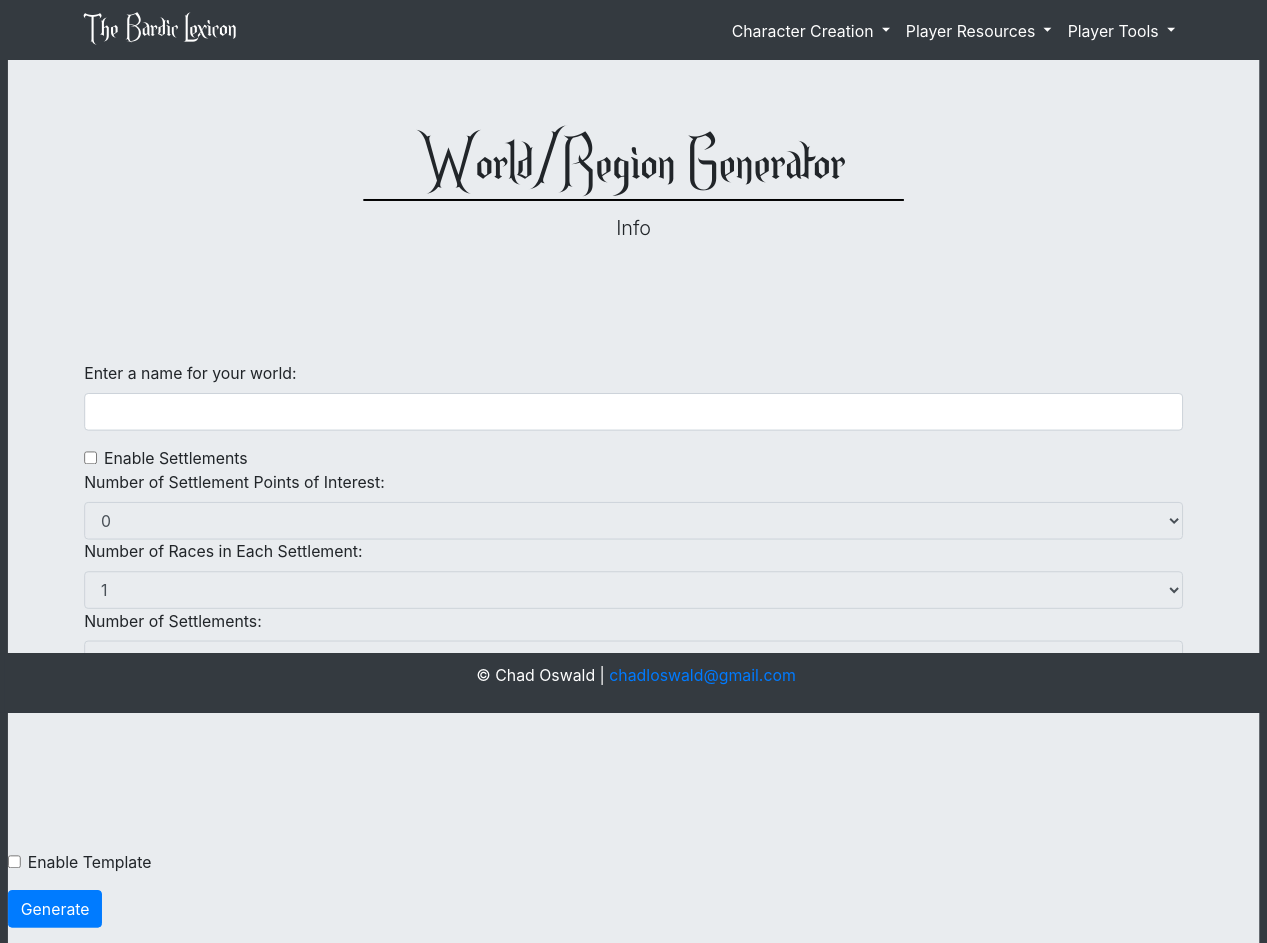
Repository: ChaidGPT/TheBardicLexicon
Page: playerTools/worldGenerator.html
These files come from the project's save history. The page is drawn as it stood at one moment and after the next save; the edit follows.
The browser window is 1280 px wide. The pictures show the whole page, at 99% of full size.

Above is the page before, as saved 2024-02-05 11:13:02.

### playerTools/worldGenerator.html
<!DOCTYPE html>
<html lang="en">

<head>
  <meta charset="utf-8" />
  <meta name="viewport" content="width=device-width, initial-scale=1" />
  <title>World Generator</title>
  <link rel="stylesheet" href="https://cdn.jsdelivr.net/npm/bootstrap@4.3.1/dist/css/bootstrap.min.css"
    integrity="sha384-ggOyR0iXCbMQv3Xipma34MD+dH/1fQ784/j6cY/iJTQUOhcWr7x9JvoRxT2MZw1T" crossorigin="anonymous" />
  <link rel="stylesheet" href="../style.css" />
</head>

<body>
  <header class="header-top">
    <nav class="navbar navbar-expand-lg fixed-top">
      <div class="container">
        <a class="navbar-brand navMonsterName" href="../index.html">The Bardic Lexicon</a>
        <button class="navbar-toggler navbar-dark" type="button" data-toggle="collapse" data-target="#navbarNavDropdown"
          aria-controls="navbarNavDropdown" aria-expanded="false" aria-label="Toggle navigation">
          <span class="navbar-toggler-icon"></span>
        </button>
        <div class="collapse navbar-collapse" id="navbarNavDropdown">
          <ul class="navbar-nav ml-auto nav justify-content-end">
            <li class="nav-item dropdown">
              <a class="nav-link dropdown-toggle" href="#" id="navbarCharacter" role="button" data-toggle="dropdown"
                aria-haspopup="true" aria-expanded="false">
                Character Creation
              </a>
              <div class="dropdown-menu" aria-labelledby="navbarCharacter">
                <a class="dropdown-item" href="../playerResources/races.html">Races</a>
                <a class="dropdown-item" href="../playerResources/classes.html">Classes</a>
                <a class="dropdown-item" href="../playerResources/personality.html">Personality & Inspiration</a>
                <a class="dropdown-item" href="../playerResources/background.html">Character Backgrounds</a>
              </div>
            </li>
            <li class="nav-item dropdown">
              <a class="nav-link dropdown-toggle" href="#" id="navbarResources" role="button" data-toggle="dropdown"
                aria-haspopup="true" aria-expanded="false">
                Player Resources
              </a>
              <div class="dropdown-menu" aria-labelledby="navbarResources">
                <h6 class="dropdown-header">Items</h6>
                <a class="dropdown-item" href="../playerResources/gear.html">Adventuring Gear</a>
                <a class="dropdown-item" href="../playerResources/equipment.html">Equipment</a>
                <div class="dropdown-divider"></div>
                <h6 class="dropdown-header">Magic</h6>
                <a class="dropdown-item" href="../playerResources/spells.html">Spells</a>
                <div class="dropdown-divider"></div>
                <h6 class="dropdown-header">Inhabitants of the Realms</h6>
                <a class="dropdown-item" href="../playerResources/bestiary.html">Bestiary</a>
                <a class="dropdown-item" href="../playerResources/gods.html">Gods & Deities</a>
              </div>
            </li>
            <li class="nav-item dropdown">
              <a class="nav-link dropdown-toggle" href="#" id="navbarDropdown" role="button" data-toggle="dropdown"
                aria-haspopup="true" aria-expanded="false">
                Player Tools
              </a>
              <div class="dropdown-menu" aria-labelledby="navbarDropdown">
                <a class="dropdown-item" href="../playerTools/charSheet.html">Character Sheet</a>
                <a class="dropdown-item" href="../playerTools/dice.html">Dice Roll Generator</a>
                <div class="dropdown-divider"></div>
                <a class="dropdown-item" href="#">More</a>
              </div>
            </li>
          </ul>
        </div>
      </div>
    </nav>
  </header>

  <div class="container" id="monsterPage">
    <div class="container-fluid px-4 py-5 my-5 text-center">
      <h1 class="display-5 fw-bold contentsPageName">
        World/Region Generator
      </h1>
      <div>
        <div class="horizontal-line"></div>
        <p class="lead mb-4">Info</p>
      </div>
    </div>

    <div class="container mt-5 text-left">

      <!-- Start World Generator Form -->

      <form id="worldForm" class="mb-4">

        <!-- Start World Name Field -->
        <div class="form-group">
          <label for="worldName">Enter a name for your world:</label>
          <input type="text" class="form-control" id="worldName" autocomplete="off" required />
        </div>
        <!-- End World Name Field -->


        <!-- Start Settlement Options -->
<div class="form-group">
    <div class="form-check">
        <input
            class="form-check-input"
            type="checkbox"
            id="enableSettlements"
            data-toggle="collapse"
            data-target="#settlementOptions"
        />
        <label class="form-check-label" for="enableSettlements"
            >Enable Settlements</label
        >
    </div>

    <!-- New dropdown for settlement POI -->
    <label for="settlementPOI"
        >Number of Settlement Points of Interest:</label
    >
    <select class="form-control" id="settlementPOI" disabled>
        <option value="0">0</option>
        <option value="1">1</option>
        <option value="2">2</option>
        <option value="3">3</option>
        <option value="4">4</option>
        <option value="5">5</option>
        <option value="random">Random</option> <!-- Add the "Random" option -->
        <!-- Add more options as needed -->
    </select>

    <!-- New dropdown for races -->
    <label for="settlementRaces">Number of Races in Each Settlement:</label>
    <select class="form-control" id="settlementRaces" disabled>
        <option value="1">1</option>
        <option value="2">2</option>
        <option value="3">3</option>
        <option value="4">4</option>
        <option value="5">5</option>
        <option value="random">Random</option> <!-- Add the "Random" option -->
        <!-- Add more options as needed -->
    </select>

    <label for="settlements">Number of Settlements:</label>
    <select class="form-control" id="settlements" disabled>
        <option value="0">0</option>
        <option value="1">1</option>
        <option value="2">2</option>
        <option value="3">3</option>
        <option value="4">4</option>
        <option value="5">5</option>
        <option value="random">Random</option> <!-- Add the "Random" option -->
        <!-- Add more options as needed -->
    </select>
</div>


            </div>
          </div>

        </div>
        <!-- End Settlement Options -->




        <!-- Start Template Options -->
        <div class="form-group">
          <div class="form-check">
            <input class="form-check-input" type="checkbox" id="enableTemplate" data-toggle="collapse"
              data-target="#templateOptions" />
            <label class="form-check-label" for="enableTemplate">Enable Template</label>
          </div>

          <div id="templateOptions" class="collapse">

            <div class="template-options-container">

              <label for="template">Number of Templates:</label>
              <select class="form-control" id="template" disabled>
                <option value="0">0</option>
                <option value="1">1</option>
                <option value="2">2</option>
                <option value="3">3</option>
                <option value="4">4</option>
                <option value="5">5</option>
                <!-- Add more options as needed -->
              </select>
            </div>

            <!-- Number of Points of Interest -->
            <div class="form-group">
              <label for="templatePOI">Number of Template Points of Interest:</label>
              <select class="form-control" id="templatePOI" disabled>
                <option value="0">0</option>
                <option value="1">1</option>
                <option value="2">2</option>
                <option value="3">3</option>
                <option value="4">4</option>
                <option value="5">5</option>
                <!-- Add more options as needed -->
              </select>
            </div>

          </div>
        </div>
        <!-- End Template Options -->

        <!-- Submit Button -->
        <button type="submit" class="btn btn-primary">Generate</button>
      </form>

      <!-- End World Generator Form -->

      <div id="generatedContent"></div>

      <div class="text-center mt-3">
        <button type="button" class="btn btn-secondary" id="printButton">
          Print
        </button>
      </div>
    </div>
  </div>

  <footer class="page-footer font-small blue fixed-bottom">
    <p>
      &copy; Chad Oswald |
      <a href="mailto:chadloswald@gmail.com">chadloswald@gmail.com</a>
    </p>
  </footer>

  <script src="https://code.jquery.com/jquery-3.3.1.slim.min.js"
    integrity="sha384-q8i/X+965DzO0rT7abK41JStQIAqVgRVzpbzo5smXKp4YfRvH+8abtTE1Pi6jizo"
    crossorigin="anonymous"></script>
  <script src="https://cdn.jsdelivr.net/npm/popper.js@1.14.7/dist/umd/popper.min.js"
    integrity="sha384-UO2eT0CpHqdSJQ6hJty5KVphtPhzWj9WO1clHTMGa3JDZwrnQq4sF86dIHNDz0W1"
    crossorigin="anonymous"></script>
  <script src="https://cdn.jsdelivr.net/npm/bootstrap@4.3.1/dist/js/bootstrap.min.js"
    integrity="sha384-JjSmVgyd0p3pXB1rRibZUAYoIIy6OrQ6VrjIEaFf/nJGzIxFDsf4x0xIM+B07jRM"
    crossorigin="anonymous"></script>
  <script src="worldGenerator.js"></script>
</body>

</html>

### style.css
@font-face {
  font-family: 'endor';
  src: url('endor.ttf') format('truetype');
}

html {
  border-left: 8px solid #343a40;
  border-right: 8px solid #343a40;
  min-height: 100%;
}

.header-top {
  position: relative;
  z-index: 10;
}

/* CSS for header */
.navbar {
  background-color: #343a40;
  color: #fff;
}

.navbar .navbar-brand {
  color: #fff;
}

.navbar .navbar-brand:hover {
  color: lightgrey;
}

.navbar .nav-link {
  color: #fff;
}

.navbar .nav-link:hover {
  color: lightgrey;
}

nav .navbar-toggler-icon {
  color: #fff;
}

body {
  background-color: #e9ecef;
  padding: 25px 0 0 0;
}

.beast-thumbnail {
  width: auto;
  max-height: 150px;
}

.bestiary-figure {
  border: 2px transparent solid;
  background-color: #fff;
}

.bestiary-figure:hover {
  border: 2px black solid;
}

/* CSS for footer */
footer {
  background-color: #343a40;
  color: #fff;
  padding: 10px;
  margin: 30px 0 0 0;
  display: flex;
  justify-content: center;
  align-items: center;
  border-left: 5px solid #343a40;
}

.goBackBtn {
  position: absolute;
  top: 65px;
  left: 13px;

  padding: .25rem .4rem;
  font-size: .875rem;
  line-height: .5;
  border-radius: .2rem;
}

.jumbotron {
  text-align: center;
  margin-bottom: 100px;
  min-height: 500px;

  h1, p {
    text-align: left;
  }
}

/* .card {
  padding: 20px;
  border: 2px lightgray solid;
  border-radius: 5%;
  max-width: 85%;
  margin: 30px auto;
} */

#monsterPage {
  padding: 20px 0px 150px 0px;
  min-height: 100vh;
  justify-content: center;
  align-items: center;
  text-align: center;
}

.monsterName {
  font-family: 'endor';
  padding-top: 20px;
  padding-bottom: 10px;
  text-align: center;
}

.navMonsterName {
  font-family: 'endor';
  /* padding-top: 20px; */
  padding-bottom: 10px;
}

.contentsPageName {
  font-family: 'endor';
}

a.list-group-flush.border-0 {
  padding-left: 20px;
}

.monsterImageContainer {
  display: flex;
  justify-content: center;
  margin: 0 0 10px 0;
}

.monsterImageContainer img {
  border: 2px black solid;
  border-radius: 5%;
  background-color: #D0C6B1;
  max-width: 300px;
  transition: transform 0.3s ease;
}

#collapseStats {
  border: 2px lightgray solid;
  border-radius: 5%;
  margin: 30px auto;
  padding: 5px 15px;
  background-color: white;
  max-width: 500px;
}

#collapseStats p {
  text-align: left;
}

#collapseStats2 {
  border: 2px lightgray solid;
  margin: 30px auto;
  padding: 5px 15px;
  background-color: white;
  max-width: 500px;
}

#collapseStats2 p {
  text-align: left;
}

#collapseLore {
  border: 2px lightgray solid;
  margin: 30px auto;
  padding: 5px 15px;
  background-color: white;
  max-width: 500px;
}

#collapseLore p {
  text-align: left;
}

li {
  text-align: left;
}

.tableContainer {
  display: flex;
  justify-content: center;
  border-radius: 10px;
}

table {
  border-collapse: collapse;
  width: 300px;
}

.tg {
  border-collapse: collapse;
  border-spacing: 0;
}

.tg td {
  border-color: black;
  border-style: solid;
  border-width: 1px;
  font-family: Arial, sans-serif;
  font-size: 14px;
  overflow: hidden;
  padding: 10px 5px;
  word-break: normal;
}

.tg th {
  border-color: black;
  border-style: solid;
  border-width: 1px;
  font-family: Arial, sans-serif;
  font-size: 14px;
  font-weight: normal;
  overflow: hidden;
  padding: 10px 5px;
  word-break: normal;
}

.tg .tg-uqo3 {
  background-color: #efefef;
  text-align: center;
  vertical-align: top
}

.tg .tg-yj5y {
  background-color: #efefef;
  border-color: inherit;
  text-align: center;
  vertical-align: top
}

.tg .tg-34fe {
  background-color: #c0c0c0;
  border-color: inherit;
  text-align: center;
  vertical-align: top
}


.tg  {border-collapse:collapse;border-spacing:0;}
.tg td{border-color:black;border-style:solid;border-width:1px;font-family:Arial, sans-serif;font-size:14px;
  overflow:hidden;padding:10px 5px;word-break:normal;}
.tg th{border-color:black;border-style:solid;border-width:1px;font-family:Arial, sans-serif;font-size:14px;
  font-weight:normal;overflow:hidden;padding:10px 5px;word-break:normal;}
.tg .tg-f5e1{background-color:#efefef;border-color:#000000;color:#c0c0c0;text-align:center;vertical-align:top}
.tg .tg-yj5y{background-color:#efefef;border-color:inherit;text-align:center;vertical-align:top}
.tg .tg-34fe{background-color:#c0c0c0;border-color:inherit;text-align:center;vertical-align:top}
.tg .tg-kftd{background-color:#efefef;text-align:left;vertical-align:top}



.bold-text {
  font-weight: bold;
}

.underline-text {
  text-decoration: underline;
}

.horizontal-line {
  border-top: 2px solid black;
  width: 50%;
  margin: 12px auto;
  display: flex;
  justify-content: center;
  align-items: center;

  @media screen and (max-width: 786) {
    width: 80%;
    margin: 10px auto;
  }

  @media screen and (max-width: 480px) {
    width: 80%;
    margin: 10px auto;
  }
}

.light-horizontal-line {
  border-top: 1px solid lightgray;
  width: 50%;
  margin: 12px auto;
  display: flex;
  justify-content: center;
  align-items: center;

  @media screen and (max-width: 786) {
    width: 80%;
    margin: 10px auto;
  }

  @media screen and (max-width: 480px) {
    width: 80%;
    margin: 10px auto;
  }
}

/* Monster Page Specific */

.monsterBtn {
  margin: 5px;
  font-family: 'spindles';
}

.critical-failure {
  color: red;
  font-weight: bold;
}

.critical-success {
  color: green;
  font-weight: bold;
}

.attributeForm {
  max-width: 50px;
}

#characterPage {
  padding: 50px 15px 150px 15px;
  min-height: 100vh;
  justify-content: center;
  align-items: center;
}

/* Character Sheet Specific */

.attributes {
  border: 2px solid black;
  padding: 5px;
  max-width: auto;
}

/* Dice page stuff */

.diceBtn {
  margin: 5px;
}

.diceP {
  margin: 0;
}

.diceForm {
  padding-top: 17px;
}

.menuBox {
  background-color: white;
  margin-bottom: 50px;
}

.personalityAccordian {
  margin-bottom: 150px;
}

.godSymbol {
  max-width: 150px;
  margin: 15px;
}


#printButton {
  display: none;
}

Loaded but not shown: playerTools/worldGenerator.js (503 lines, source omitted)

After the next save:
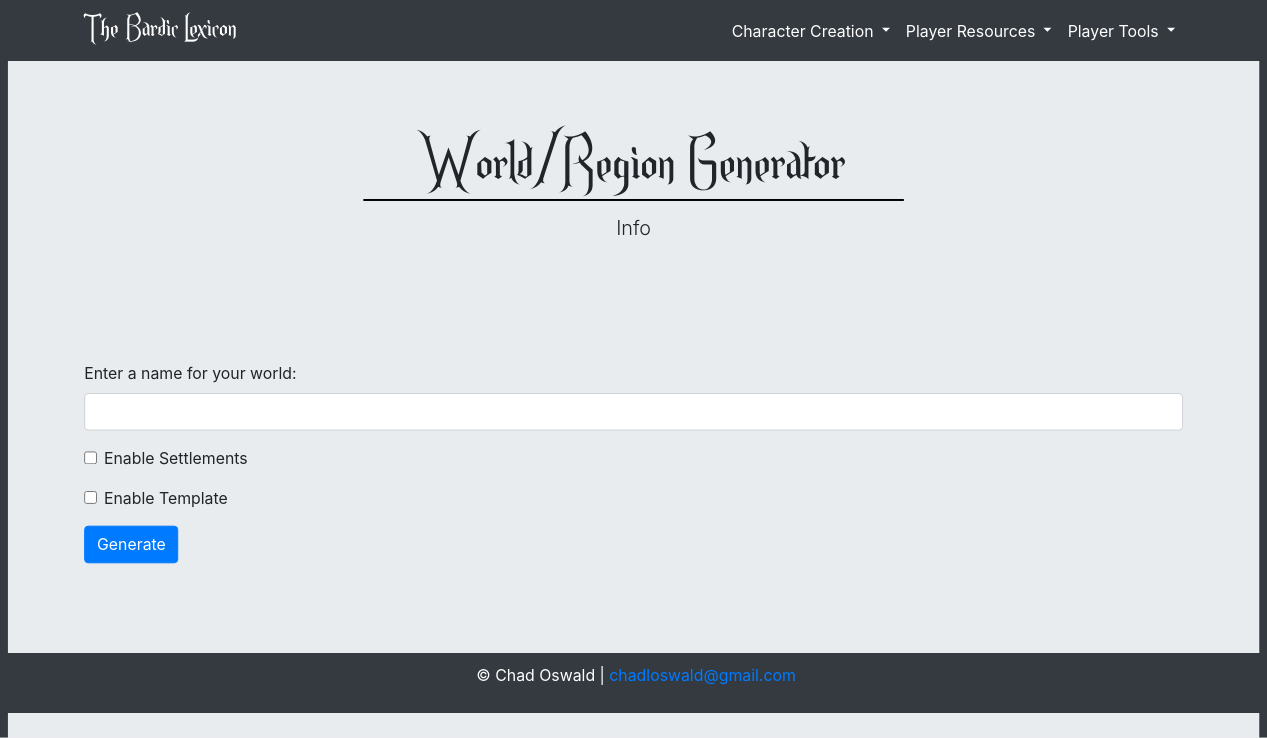
Saved 92 s later.
--- a/playerTools/worldGenerator.html
+++ b/playerTools/worldGenerator.html
@@ -95,60 +95,47 @@
 
 
         <!-- Start Settlement Options -->
-<div class="form-group">
-    <div class="form-check">
-        <input
-            class="form-check-input"
-            type="checkbox"
-            id="enableSettlements"
-            data-toggle="collapse"
-            data-target="#settlementOptions"
-        />
-        <label class="form-check-label" for="enableSettlements"
-            >Enable Settlements</label
-        >
-    </div>
-
-    <!-- New dropdown for settlement POI -->
-    <label for="settlementPOI"
-        >Number of Settlement Points of Interest:</label
-    >
-    <select class="form-control" id="settlementPOI" disabled>
-        <option value="0">0</option>
-        <option value="1">1</option>
-        <option value="2">2</option>
-        <option value="3">3</option>
-        <option value="4">4</option>
-        <option value="5">5</option>
-        <option value="random">Random</option> <!-- Add the "Random" option -->
-        <!-- Add more options as needed -->
-    </select>
-
-    <!-- New dropdown for races -->
-    <label for="settlementRaces">Number of Races in Each Settlement:</label>
-    <select class="form-control" id="settlementRaces" disabled>
-        <option value="1">1</option>
-        <option value="2">2</option>
-        <option value="3">3</option>
-        <option value="4">4</option>
-        <option value="5">5</option>
-        <option value="random">Random</option> <!-- Add the "Random" option -->
-        <!-- Add more options as needed -->
-    </select>
-
-    <label for="settlements">Number of Settlements:</label>
-    <select class="form-control" id="settlements" disabled>
-        <option value="0">0</option>
-        <option value="1">1</option>
-        <option value="2">2</option>
-        <option value="3">3</option>
-        <option value="4">4</option>
-        <option value="5">5</option>
-        <option value="random">Random</option> <!-- Add the "Random" option -->
-        <!-- Add more options as needed -->
-    </select>
-</div>
-
+        <div class="form-group">
+          <div class="form-check">
+            <input class="form-check-input" type="checkbox" id="enableSettlements" data-toggle="collapse"
+              data-target="#settlementOptions" />
+            <label class="form-check-label" for="enableSettlements">Enable Settlements</label>
+          </div>
+
+          <!-- Add the 'collapse' class to the following div -->
+          <div id="settlementOptions" class="collapse">
+
+            <!-- Wrap both settlement options in a common container -->
+            <div class="settlement-options-container">
+
+              <!-- Number of Settlements -->
+              <div>
+                <label for="settlements">Number of Settlements:</label>
+                <select class="form-control" id="settlements" disabled>
+                  <option value="random">Random</option>
+                  <option value="1">1</option>
+                  <option value="2">2</option>
+                  <option value="3">3</option>
+                  <option value="4">4</option>
+                  <option value="5">5</option>
+                  <!-- Add more options as needed -->
+                </select>
+              </div>
+
+              <!-- Number of Settlement Points of Interest -->
+              <div>
+                <label for="settlementPOI">Number of Settlement Points of Interest:</label>
+                <select class="form-control" id="settlementPOI" disabled>
+                  <option value="random">Random</option>
+                  <option value="0">0</option>
+                  <option value="1">1</option>
+                  <option value="2">2</option>
+                  <option value="3">3</option>
+                  <option value="4">4</option>
+                  <option value="5">5</option>
+                  <!-- Add more options as needed -->
+                </select>
+              </div>
 
             </div>
           </div>
